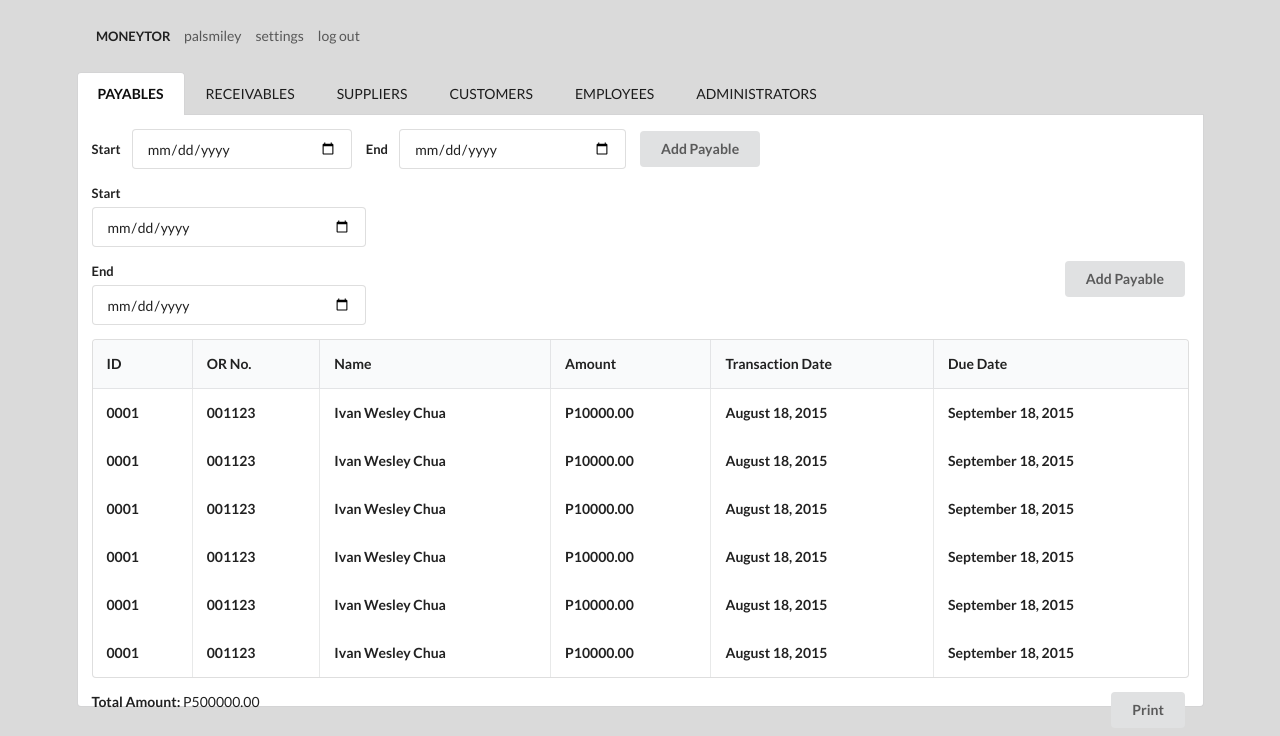
Repository: TV5/MoneyTor
Page: Workspace/MoneyTor/war/main.html
An editor plug-in stored every save of this project. The page is shown before and after the next save, followed by the edit.
The browser window is 1280 px wide. The pictures show the whole page.

Above is the page before, as saved 2015-08-18 10:13:59.

### Workspace/MoneyTor/war/main.html
<!DOCTYPE html>
<html>
<head>
  <!-- Standard Meta -->
  <meta charset="utf-8" />
  <meta http-equiv="X-UA-Compatible" content="IE=edge,chrome=1" />
  <meta name="viewport" content="width=device-width, initial-scale=1.0, maximum-scale=1.0">

  <!-- Site Properities -->
  <title>Main Page</title>
  <link rel="stylesheet" type="text/css" href="../dist/components/reset.css">
  <link rel="stylesheet" type="text/css" href="../dist/components/site.css">

  <link rel="stylesheet" type="text/css" href="../dist/components/container.css">
  <link rel="stylesheet" type="text/css" href="../dist/components/grid.css">
  <link rel="stylesheet" type="text/css" href="../dist/components/header.css">
  <link rel="stylesheet" type="text/css" href="../dist/components/image.css">
  <link rel="stylesheet" type="text/css" href="../dist/components/menu.css">

  <link rel="stylesheet" type="text/css" href="../dist/components/divider.css">
  <link rel="stylesheet" type="text/css" href="../dist/components/segment.css">
  <link rel="stylesheet" type="text/css" href="../dist/components/form.css">
  <link rel="stylesheet" type="text/css" href="../dist/components/input.css">
  <link rel="stylesheet" type="text/css" href="../dist/components/button.css">
  <link rel="stylesheet" type="text/css" href="../dist/components/list.css">
  <link rel="stylesheet" type="text/css" href="../dist/components/message.css">
  <link rel="stylesheet" type="text/css" href="../dist/components/icon.css">
  <link rel="stylesheet" type="text/css" href="../dist/components/tab.min.css">
  <link rel="stylesheet" type="text/css" href="../dist/components/table.min.css">
  <script src="assets/library/jquery.min.js"></script>
  <script src="../dist/components/form.js"></script>
  <script src="../dist/components/transition.js"></script>
  <script src="../dist/components/tab.min.js"></script>

  <style type="text/css">
    body {
      background-color: #DADADA;
    }
    body > .grid {
      height: 100%;
    }
    .image {
      margin-top: -100px;
    }
    .column {
      max-width: 450px;
    }
    .firstmenu {
    	padding-left: 20px;
    	padding-right: 20px;
    	padding-top: 0px;
    }
  </style>
</head>
<body>


<div class="ui container">
	<div class="ui text menu firstmenu" width="100%">
	  <div class="header item">MONEYTOR</div>
	  <a class="item">
	    palsmiley
	  </a>
	  <a class="item">
	    settings
	  </a>
	  <a class="item" style="float:right">
	    log out
	  </a>
	</div>
	<div class="ui top attached tabular menu">
	  <a class="active item">
	    PAYABLES
	  </a>
	  <a class="item">
	    RECEIVABLES
	  </a>
	  <a class="item">
	    SUPPLIERS
	  </a>
	  <a class="item">
	    CUSTOMERS
	  </a>
	  <a class="item">
	    EMPLOYEES
	  </a>
	  <a class="item">
	    ADMINISTRATORS
	  </a>
	</div>

	<div class="ui bottom attached active tab segment">
	  <div class="ui form">
	  <div class="inline fields">
	    <div class="four wide field" style="float:left">
	      <label>Start</label>
	      <input type="date">
	    </div>
	    <div class="four wide field" style="float:left">
	      <label>End</label>
	      <input type="date">
	    </div>
	    <div class="three wide feild" style="float:right">
	      <button class="ui button">Add Payable</button>
	    </div>
	  </div>
	  </div>

	  <div class="ui form inline fields">
	  <div class="four wide field" style="float:left">
	      <label>Start</label>
	      <input type="date">
	    </div>
	    <div class="four wide field" style="float:left">
	      <label>End</label>
	      <input type="date">
	    </div>
	    <div class="three wide feild" style="float:right">
	      <button class="ui button">Add Payable</button>
	    </div>

	  </div>


	  <table class="ui celled padded table">
	  <thead>
	    <tr>
	    <th>ID</th>
	    <th>OR No.</th>
	    <th>Name</th>
	    <th>Amount</th>
	    <th>Transaction Date</th>
	    <th>Due Date</th>
	  	</tr>
	  </thead>
	  <tbody>
	  	<tr>
	    <th>0001</th>
	    <th>001123</th>
	    <th>Ivan Wesley Chua</th>
	    <th>P10000.00</th>
	    <th>August 18, 2015</th>
	    <th>September 18, 2015</th>
	  	</tr>
	  	<tr>
	    <th>0001</th>
	    <th>001123</th>
	    <th>Ivan Wesley Chua</th>
	    <th>P10000.00</th>
	    <th>August 18, 2015</th>
	    <th>September 18, 2015</th>
	  	</tr>
	  	<tr>
	    <th>0001</th>
	    <th>001123</th>
	    <th>Ivan Wesley Chua</th>
	    <th>P10000.00</th>
	    <th>August 18, 2015</th>
	    <th>September 18, 2015</th>
	  	</tr>
	  	<tr>
	    <th>0001</th>
	    <th>001123</th>
	    <th>Ivan Wesley Chua</th>
	    <th>P10000.00</th>
	    <th>August 18, 2015</th>
	    <th>September 18, 2015</th>
	  	</tr>
	  	<tr>
	    <th>0001</th>
	    <th>001123</th>
	    <th>Ivan Wesley Chua</th>
	    <th>P10000.00</th>
	    <th>August 18, 2015</th>
	    <th>September 18, 2015</th>
	  	</tr>
	  	<tr>
	    <th>0001</th>
	    <th>001123</th>
	    <th>Ivan Wesley Chua</th>
	    <th>P10000.00</th>
	    <th>August 18, 2015</th>
	    <th>September 18, 2015</th>
	  	</tr>
	  </tbody>
	  </table>
	<span>
	  <div class="ui bottom attached text" style="float:left"><b>Total Amount: </b> P500000.00</div>
	  <button class="ui button" style="float:right">Print</button>
	</span>
	</div>
</div>

</body>

</html>

### Workspace/MoneyTor/war/dist/components/site.css
/*!
 * # Semantic UI 2.0.8 - Site
 * http://github.com/semantic-org/semantic-ui/
 *
 *
 * Copyright 2015 Contributors
 * Released under the MIT license
 * http://opensource.org/licenses/MIT
 *
 */


/*******************************
             Page
*******************************/

@import url('https://fonts.googleapis.com/css?family=Lato:400,700,400italic,700italic&subset=latin');
html,
body {
  height: 100%;
}
html {
  font-size: 14px;
}
body {
  margin: 0px;
  padding: 0px;
  overflow-x: hidden;
  min-width: 320px;
  background: #ffffff;
  font-family: 'Lato', 'Helvetica Neue', Arial, Helvetica, sans-serif;
  font-size: 14px;
  line-height: 1.4285em;
  color: rgba(0, 0, 0, 0.87);
  font-smoothing: antialiased;
}


/*******************************
             Headers
*******************************/

h1,
h2,
h3,
h4,
h5 {
  font-family: 'Lato', 'Helvetica Neue', Arial, Helvetica, sans-serif;
  line-height: 1.2857em;
  margin: calc(2rem -  0.14285em ) 0em 1rem;
  font-weight: bold;
  padding: 0em;
}
h1 {
  min-height: 1rem;
  font-size: 2rem;
}
h2 {
  font-size: 1.714rem;
}
h3 {
  font-size: 1.28rem;
}
h4 {
  font-size: 1.071rem;
}
h5 {
  font-size: 1rem;
}
h1:first-child,
h2:first-child,
h3:first-child,
h4:first-child,
h5:first-child {
  margin-top: 0em;
}
h1:last-child,
h2:last-child,
h3:last-child,
h4:last-child,
h5:last-child {
  margin-bottom: 0em;
}


/*******************************
             Text
*******************************/

p {
  margin: 0em 0em 1em;
  line-height: 1.4285em;
}
p:first-child {
  margin-top: 0em;
}
p:last-child {
  margin-bottom: 0em;
}

/*-------------------
        Links
--------------------*/

a {
  color: #4183c4;
  text-decoration: none;
}
a:hover {
  color: #1e70bf;
  text-decoration: none;
}


/*******************************
          Highlighting
*******************************/


/* Site */
::-webkit-selection {
  background-color: #cce2ff;
  color: rgba(0, 0, 0, 0.87);
}
::-moz-selection {
  background-color: #cce2ff;
  color: rgba(0, 0, 0, 0.87);
}
::selection {
  background-color: #cce2ff;
  color: rgba(0, 0, 0, 0.87);
}

/* Form */
textarea::-webkit-selection,
input::-webkit-selection {
  background-color: rgba(100, 100, 100, 0.4);
  color: rgba(0, 0, 0, 0.87);
}
textarea::-moz-selection,
input::-moz-selection {
  background-color: rgba(100, 100, 100, 0.4);
  color: rgba(0, 0, 0, 0.87);
}
textarea::selection,
input::selection {
  background-color: rgba(100, 100, 100, 0.4);
  color: rgba(0, 0, 0, 0.87);
}


/*******************************
        Global Overrides
*******************************/



/*******************************
         Site Overrides
*******************************/

### Workspace/MoneyTor/war/dist/components/container.css
/*!
 * # Semantic UI 2.0.8 - Container
 * http://github.com/semantic-org/semantic-ui/
 *
 *
 * Copyright 2015 Contributors
 * Released under the MIT license
 * http://opensource.org/licenses/MIT
 *
 */


/*******************************
            Container
*******************************/


/* All Sizes */
.ui.container {
  display: block;
  max-width: 100% !important;
}

/* Mobile */
@media only screen and (max-width: 767px) {
  .ui.container {
    width: auto;
    margin-left: 1em !important;
    margin-right: 1em !important;
  }
  .ui.grid.container {
    width: auto !important;
  }
}

/* Tablet */
@media only screen and (min-width: 768px) and (max-width: 991px) {
  .ui.container {
    width: 723px;
    margin-left: auto !important;
    margin-right: auto !important;
  }
  .ui.grid.container {
    width: calc( 723px  +  2em ) !important;
  }
}

/* Small Monitor */
@media only screen and (min-width: 992px) and (max-width: 1199px) {
  .ui.container {
    width: 933px;
    margin-left: auto !important;
    margin-right: auto !important;
  }
  .ui.grid.container {
    width: calc( 933px  +  2em ) !important;
  }
}

/* Large Monitor */
@media only screen and (min-width: 1200px) {
  .ui.container {
    width: 1127px;
    margin-left: auto !important;
    margin-right: auto !important;
  }
  .ui.grid.container {
    width: calc( 1127px  +  2em ) !important;
  }
}


/*******************************
             Types
*******************************/


/* Text Container */
.ui.text.container {
  font-family: 'Lato', 'Helvetica Neue', Arial, Helvetica, sans-serif;
  max-width: 700px !important;
  line-height: 1.5;
}
.ui.text.container {
  font-size: 1.14285714rem;
}

/* Fluid */
.ui.fluid.container {
  width: 100%;
}


/*******************************
           Variations
*******************************/

.ui[class*="left aligned"].container {
  text-align: left;
}
.ui[class*="center aligned"].container {
  text-align: center;
}
.ui[class*="right aligned"].container {
  text-align: right;
}
.ui.justified.container {
  text-align: justify;
  -webkit-hyphens: auto;
     -moz-hyphens: auto;
      -ms-hyphens: auto;
          hyphens: auto;
}


/*******************************
         Theme Overrides
*******************************/



/*******************************
         Site Overrides
*******************************/

### Workspace/MoneyTor/war/dist/components/image.css
/*!
 * # Semantic UI 2.0.8 - Image
 * http://github.com/semantic-org/semantic-ui/
 *
 *
 * Copyright 2015 Contributors
 * Released under the MIT license
 * http://opensource.org/licenses/MIT
 *
 */


/*******************************
             Image
*******************************/

.ui.image {
  position: relative;
  display: inline-block;
  vertical-align: middle;
  max-width: 100%;
  background-color: transparent;
}
img.ui.image {
  display: block;
}
.ui.image svg,
.ui.image img {
  display: block;
  max-width: 100%;
  height: auto;
}


/*******************************
            States
*******************************/

.ui.hidden.images,
.ui.hidden.image {
  display: none;
}
.ui.disabled.images,
.ui.disabled.image {
  cursor: default;
  opacity: 0.45;
}


/*******************************
          Variations
*******************************/


/*--------------
     Inline
---------------*/

.ui.inline.image,
.ui.inline.image svg,
.ui.inline.image img {
  display: inline-block;
}

/*------------------
  Vertical Aligned
-------------------*/

.ui.top.aligned.images .image,
.ui.top.aligned.image,
.ui.top.aligned.image svg,
.ui.top.aligned.image img {
  display: inline-block;
  vertical-align: top;
}
.ui.middle.aligned.images .image,
.ui.middle.aligned.image,
.ui.middle.aligned.image svg,
.ui.middle.aligned.image img {
  display: inline-block;
  vertical-align: middle;
}
.ui.bottom.aligned.images .image,
.ui.bottom.aligned.image,
.ui.bottom.aligned.image svg,
.ui.bottom.aligned.image img {
  display: inline-block;
  vertical-align: bottom;
}

/*--------------
     Rounded
---------------*/

.ui.rounded.images .image,
.ui.rounded.image,
.ui.rounded.images .image > *,
.ui.rounded.image > * {
  border-radius: 0.3125em;
}

/*--------------
    Bordered
---------------*/

.ui.bordered.images .image,
.ui.bordered.images img,
.ui.bordered.images svg,
.ui.bordered.image img,
.ui.bordered.image svg,
img.ui.bordered.image {
  border: 1px solid rgba(0, 0, 0, 0.1);
}

/*--------------
    Circular
---------------*/

.ui.circular.images,
.ui.circular.image {
  overflow: hidden;
}
.ui.circular.images .image,
.ui.circular.image,
.ui.circular.images .image > *,
.ui.circular.image > * {
  border-radius: 500rem;
}

/*--------------
     Fluid
---------------*/

.ui.fluid.images,
.ui.fluid.image,
.ui.fluid.images img,
.ui.fluid.images svg,
.ui.fluid.image svg,
.ui.fluid.image img {
  display: block;
  width: 100%;
  height: auto;
}

/*--------------
     Avatar
---------------*/

.ui.avatar.images .image,
.ui.avatar.images img,
.ui.avatar.images svg,
.ui.avatar.image img,
.ui.avatar.image svg,
.ui.avatar.image {
  margin-right: 0.25em;
  display: inline-block;
  width: 2em;
  height: 2em;
  border-radius: 500rem;
}

/*-------------------
       Spaced
--------------------*/

.ui.spaced.image {
  display: inline-block !important;
  margin-left: 0.5em;
  margin-right: 0.5em;
}
.ui[class*="left spaced"].image {
  margin-left: 0.5em;
  margin-right: 0em;
}
.ui[class*="right spaced"].image {
  margin-left: 0em;
  margin-right: 0.5em;
}

/*-------------------
       Floated
--------------------*/

.ui.floated.image,
.ui.floated.images {
  float: left;
  margin-right: 1em;
  margin-bottom: 1em;
}
.ui.right.floated.images,
.ui.right.floated.image {
  float: right;
  margin-right: 0em;
  margin-bottom: 1em;
  margin-left: 1em;
}
.ui.floated.images:last-child,
.ui.floated.image:last-child {
  margin-bottom: 0em;
}
.ui.centered.images,
.ui.centered.image {
  margin-left: auto;
  margin-right: auto;
}

/*--------------
     Sizes
---------------*/

.ui.mini.images .image,
.ui.mini.images img,
.ui.mini.images svg,
.ui.mini.image {
  width: 35px;
  height: auto;
  font-size: 0.71428571rem;
}
.ui.tiny.images .image,
.ui.tiny.images img,
.ui.tiny.images svg,
.ui.tiny.image {
  width: 80px;
  height: auto;
  font-size: 0.85714286rem;
}
.ui.small.images .image,
.ui.small.images img,
.ui.small.images svg,
.ui.small.image {
  width: 150px;
  height: auto;
  font-size: 0.92857143rem;
}
.ui.medium.images .image,
.ui.medium.images img,
.ui.medium.images svg,
.ui.medium.image {
  width: 300px;
  height: auto;
  font-size: 1rem;
}
.ui.large.images .image,
.ui.large.images img,
.ui.large.images svg,
.ui.large.image {
  width: 450px;
  height: auto;
  font-size: 1.14285714rem;
}
.ui.big.images .image,
.ui.big.images img,
.ui.big.images svg,
.ui.big.image {
  width: 600px;
  height: auto;
  font-size: 1.28571429rem;
}
.ui.huge.images .image,
.ui.huge.images img,
.ui.huge.images svg,
.ui.huge.image {
  width: 800px;
  height: auto;
  font-size: 1.42857143rem;
}
.ui.massive.images .image,
.ui.massive.images img,
.ui.massive.images svg,
.ui.massive.image {
  width: 960px;
  height: auto;
  font-size: 1.71428571rem;
}


/*******************************
              Groups
*******************************/

.ui.images {
  font-size: 0em;
  margin: 0em -0.25rem 0rem;
}
.ui.images .image,
.ui.images img,
.ui.images svg {
  display: inline-block;
  margin: 0em 0.25rem 0.5rem;
}


/*******************************
         Theme Overrides
*******************************/



/*******************************
         Site Overrides
*******************************/

### Workspace/MoneyTor/war/dist/components/divider.css
/*!
 * # Semantic UI 2.0.8 - Divider
 * http://github.com/semantic-org/semantic-ui/
 *
 *
 * Copyright 2015 Contributors
 * Released under the MIT license
 * http://opensource.org/licenses/MIT
 *
 */


/*******************************
            Divider
*******************************/

.ui.divider {
  margin: 1rem 0rem;
  line-height: 1;
  height: 0em;
  font-weight: bold;
  text-transform: uppercase;
  letter-spacing: 0.05em;
  color: rgba(0, 0, 0, 0.85);
  -webkit-user-select: none;
     -moz-user-select: none;
      -ms-user-select: none;
          user-select: none;
  -webkit-tap-highlight-color: rgba(0, 0, 0, 0);
}

/*--------------
      Basic
---------------*/

.ui.divider:not(.vertical):not(.horizontal) {
  border-top: 1px solid rgba(34, 36, 38, 0.15);
  border-bottom: 1px solid rgba(255, 255, 255, 0.1);
}

/*--------------
    Coupling
---------------*/

.ui.grid > .ui.divider {
  font-size: 1rem;
}

/*--------------
   Horizontal
---------------*/

.ui.horizontal.divider {
  display: table;
  white-space: nowrap;
  height: auto;
  margin: '';
  overflow: hidden;
  line-height: 1;
  text-align: center;
}
.ui.horizontal.divider:before,
.ui.horizontal.divider:after {
  content: '';
  display: table-cell;
  position: relative;
  top: 50%;
  width: 50%;
  background-repeat: no-repeat;
}
.ui.horizontal.divider:before {
  background-position: right 1em top 50%;
}
.ui.horizontal.divider:after {
  background-position: left 1em top 50%;
}

/*--------------
    Vertical
---------------*/

.ui.vertical.divider {
  position: absolute;
  z-index: 2;
  top: 50%;
  left: 50%;
  margin: 0rem;
  padding: 0em;
  width: auto;
  height: 50%;
  line-height: 0em;
  text-align: center;
  -webkit-transform: translateX(-50%);
      -ms-transform: translateX(-50%);
          transform: translateX(-50%);
}
.ui.vertical.divider:before,
.ui.vertical.divider:after {
  position: absolute;
  left: 50%;
  content: '';
  z-index: 3;
  border-left: 1px solid rgba(34, 36, 38, 0.15);
  border-right: 1px solid rgba(255, 255, 255, 0.1);
  width: 0%;
  height: calc(100% -  1rem );
}
.ui.vertical.divider:before {
  top: -100%;
}
.ui.vertical.divider:after {
  top: auto;
  bottom: 0px;
}

/* Inside grid */
@media only screen and (max-width: 767px) {
  .ui.stackable.grid .ui.vertical.divider,
  .ui.grid .stackable.row .ui.vertical.divider {
    display: table;
    white-space: nowrap;
    height: auto;
    margin: '';
    overflow: hidden;
    line-height: 1;
    text-align: center;
    position: static;
    top: 0;
    left: 0;
    -webkit-transform: none;
        -ms-transform: none;
            transform: none;
  }
  .ui.stackable.grid .ui.vertical.divider:before,
  .ui.grid .stackable.row .ui.vertical.divider:before,
  .ui.stackable.grid .ui.vertical.divider:after,
  .ui.grid .stackable.row .ui.vertical.divider:after {
    position: static;
    left: 0;
    border-left: none;
    border-right: none;
    content: '';
    display: table-cell;
    position: relative;
    top: 50%;
    width: 50%;
    background-repeat: no-repeat;
  }
  .ui.stackable.grid .ui.vertical.divider:before,
  .ui.grid .stackable.row .ui.vertical.divider:before {
    background-position: right 1em top 50%;
  }
  .ui.stackable.grid .ui.vertical.divider:after,
  .ui.grid .stackable.row .ui.vertical.divider:after {
    background-position: left 1em top 50%;
  }
}

/*--------------
      Icon
---------------*/

.ui.divider > .icon {
  margin: 0rem;
  font-size: 1rem;
  height: 1em;
  vertical-align: middle;
}


/*******************************
          Variations
*******************************/


/*--------------
    Hidden
---------------*/

.ui.hidden.divider {
  border-color: transparent !important;
}
.ui.hidden.divider:before,
.ui.hidden.divider:after {
  display: none;
}

/*--------------
    Inverted
---------------*/

.ui.divider.inverted,
.ui.vertical.inverted.divider,
.ui.horizontal.inverted.divider {
  color: #ffffff;
}
.ui.divider.inverted,
.ui.divider.inverted:after,
.ui.divider.inverted:before {
  border-top-color: rgba(34, 36, 38, 0.15) !important;
  border-left-color: rgba(34, 36, 38, 0.15) !important;
  border-bottom-color: rgba(255, 255, 255, 0.15) !important;
  border-right-color: rgba(255, 255, 255, 0.15) !important;
}

/*--------------
    Fitted
---------------*/

.ui.fitted.divider {
  margin: 0em;
}

/*--------------
    Clearing
---------------*/

.ui.clearing.divider {
  clear: both;
}

/*--------------
    Section
---------------*/

.ui.section.divider {
  margin-top: 2rem;
  margin-bottom: 2rem;
}

/*--------------
     Sizes
---------------*/

.ui.divider {
  font-size: 1rem;
}


/*******************************
         Theme Overrides
*******************************/

.ui.horizontal.divider:before,
.ui.horizontal.divider:after {
  background-image: url('data:[embedded picture, 1302 characters]');
}
@media only screen and (max-width: 767px) {
  .ui.stackable.grid .ui.vertical.divider:before,
  .ui.grid .stackable.row .ui.vertical.divider:before,
  .ui.stackable.grid .ui.vertical.divider:after,
  .ui.grid .stackable.row .ui.vertical.divider:after {
    background-image: url('data:[embedded picture, 1302 characters]');
  }
}


/*******************************
         Site Overrides
*******************************/

Loaded but not shown: Workspace/MoneyTor/war/dist/components/tab.min.css (common file); Workspace/MoneyTor/war/dist/components/table.min.css (library); Workspace/MoneyTor/war/assets/library/jquery.min.js (library); Workspace/MoneyTor/war/dist/components/tab.min.js (library); Workspace/MoneyTor/war/dist/components/form.js (1308 lines, source omitted); Workspace/MoneyTor/war/dist/components/transition.js (1072 lines, source omitted); Workspace/MoneyTor/war/dist/components/button.css (3230 lines, source omitted); Workspace/MoneyTor/war/dist/components/grid.css (1879 lines, source omitted); Workspace/MoneyTor/war/dist/components/icon.css (2601 lines, source omitted); Workspace/MoneyTor/war/dist/components/menu.css (1891 lines, source omitted); Workspace/MoneyTor/war/dist/components/form.css (994 lines, source omitted); Workspace/MoneyTor/war/dist/components/list.css (923 lines, source omitted); Workspace/MoneyTor/war/dist/components/segment.css (751 lines, source omitted); Workspace/MoneyTor/war/dist/components/header.css (721 lines, source omitted); Workspace/MoneyTor/war/dist/components/input.css (486 lines, source omitted); Workspace/MoneyTor/war/dist/components/message.css (462 lines, source omitted); Workspace/MoneyTor/war/dist/components/reset.css (423 lines, source omitted)

After the next save:
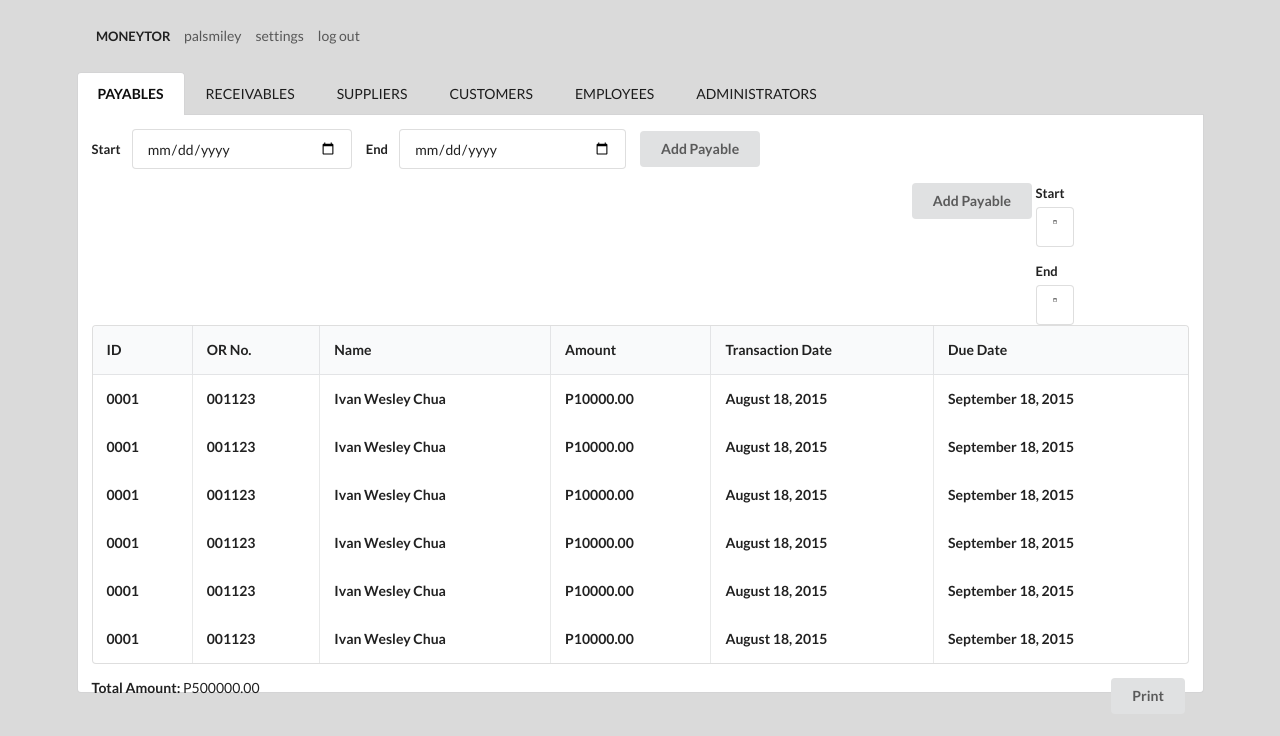
Saved 55 s later.
--- a/Workspace/MoneyTor/war/main.html
+++ b/Workspace/MoneyTor/war/main.html
@@ -106,7 +106,8 @@
 	  </div>
 	  </div>
 
-	  <div class="ui form inline fields">
+	  <span>
+	  <div class="ui form inline fields" style="float:right">
 	  <div class="four wide field" style="float:left">
 	      <label>Start</label>
 	      <input type="date">
@@ -115,11 +116,13 @@
 	      <label>End</label>
 	      <input type="date">
 	    </div>
+	  </div>
+
 	    <div class="three wide feild" style="float:right">
 	      <button class="ui button">Add Payable</button>
 	    </div>
+	  </span>
 
-	  </div>
 
 
 	  <table class="ui celled padded table">
